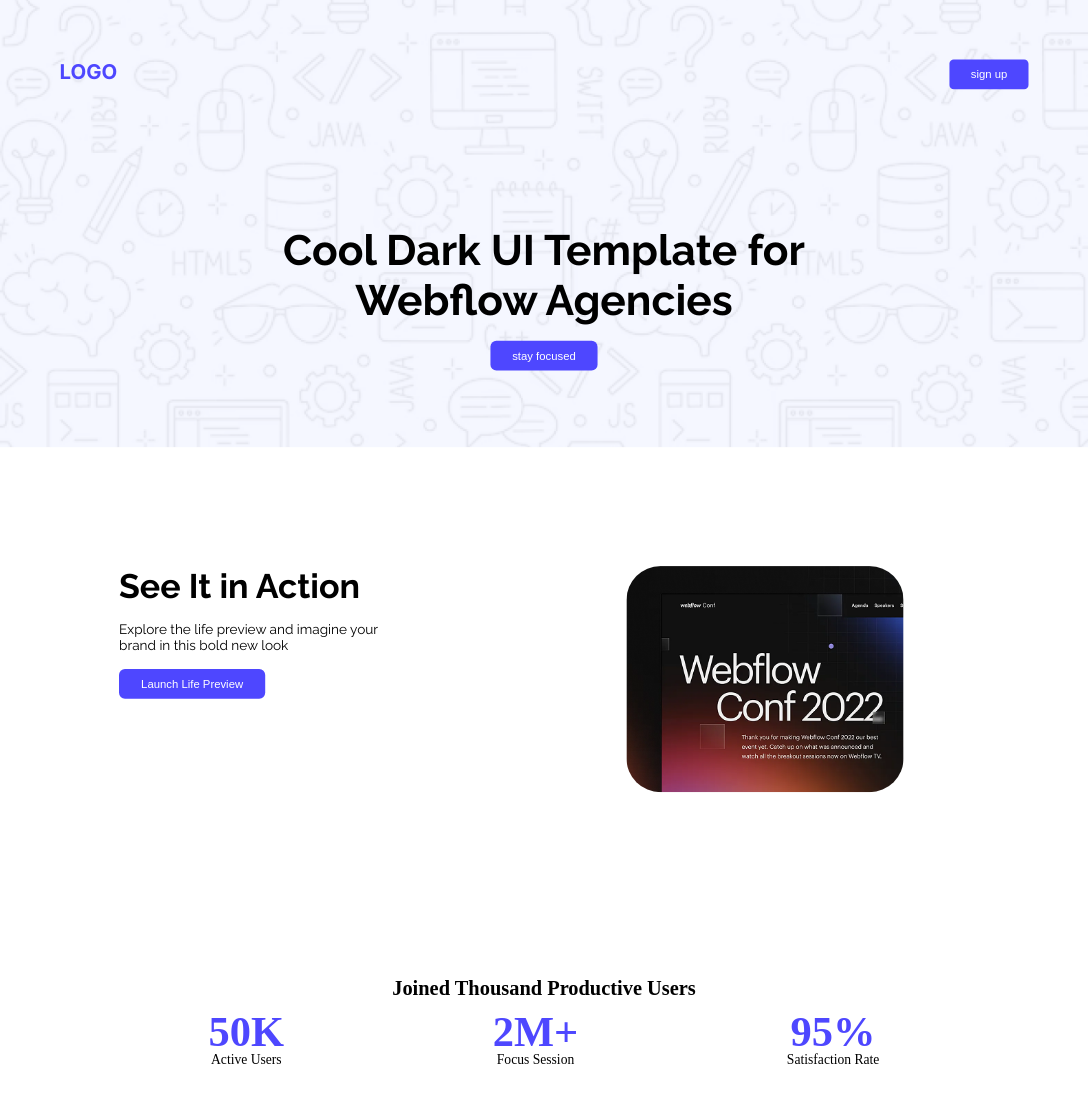
Repository: dollyrakhe22/landing-launchpad
Page: index.html
An editor plug-in stored every save of this project. The page is shown before and after the next save, followed by the edit.
The browser window is 1280 px wide. The pictures show the whole page, at 85% of full size.

Above is the page before, as saved 2025-07-11 02:19:06.

After the next save:
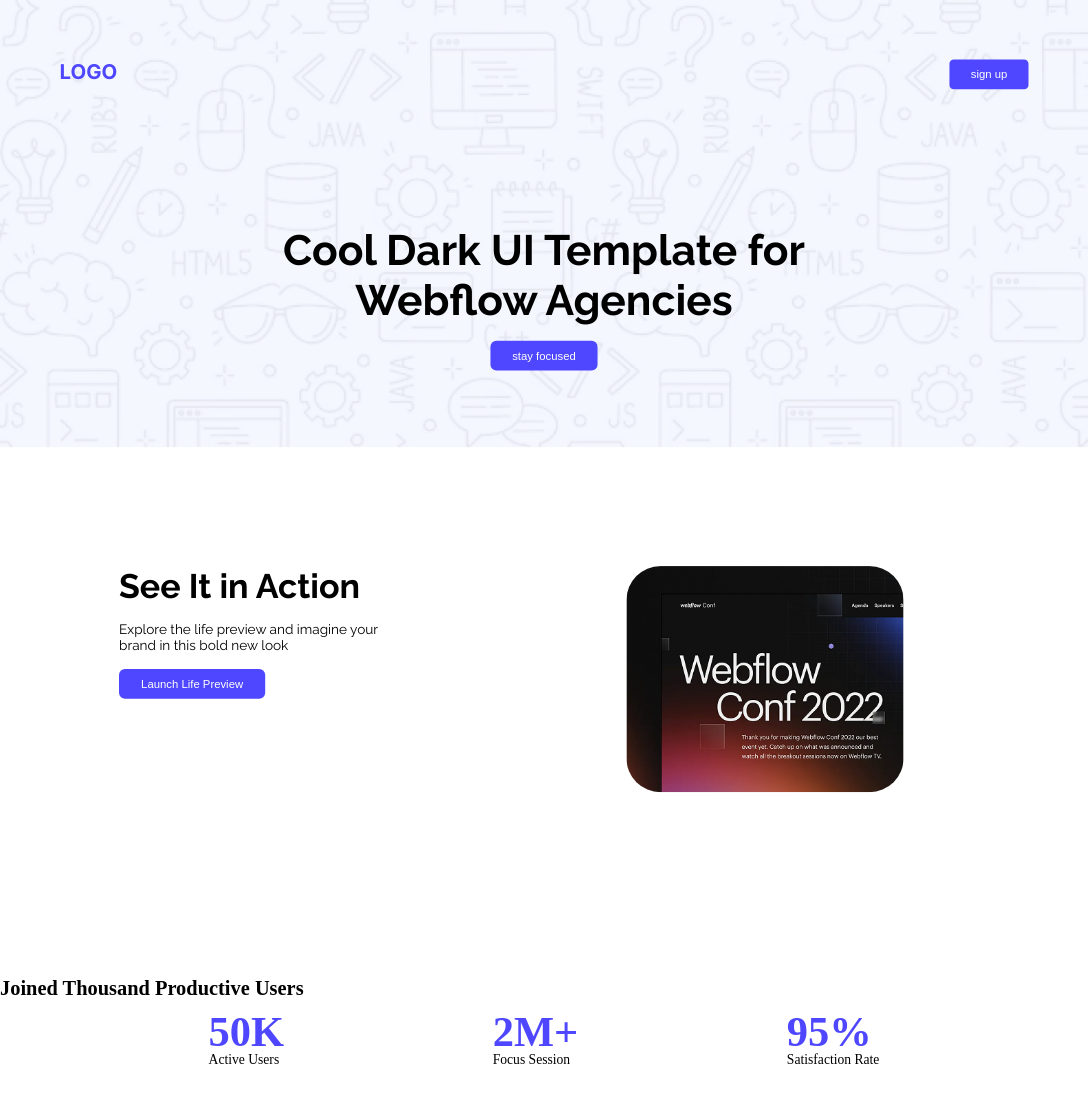
Saved 20 s later.
--- a/style.css
+++ b/style.css
@@ -81,7 +81,7 @@
 /*Users- Section*/
 .users-container{
 
-    text-align: center;
+    text-align: cente
 
 
 

After the save that followed:
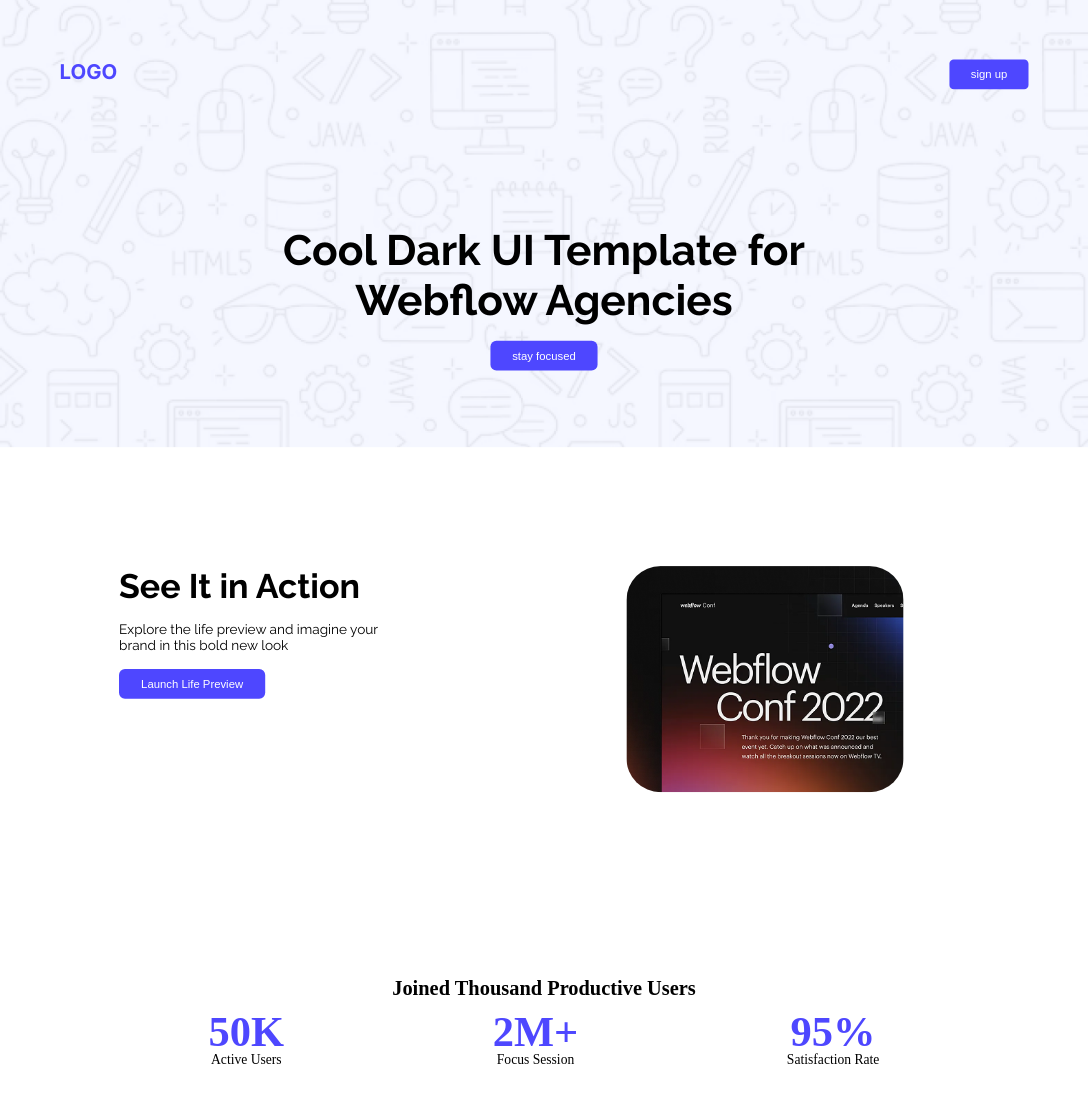
Saved 14 s later.
--- a/style.css
+++ b/style.css
@@ -81,7 +81,7 @@
 /*Users- Section*/
 .users-container{
 
-    text-align: cente
+    text-align: center;
 
 
 
